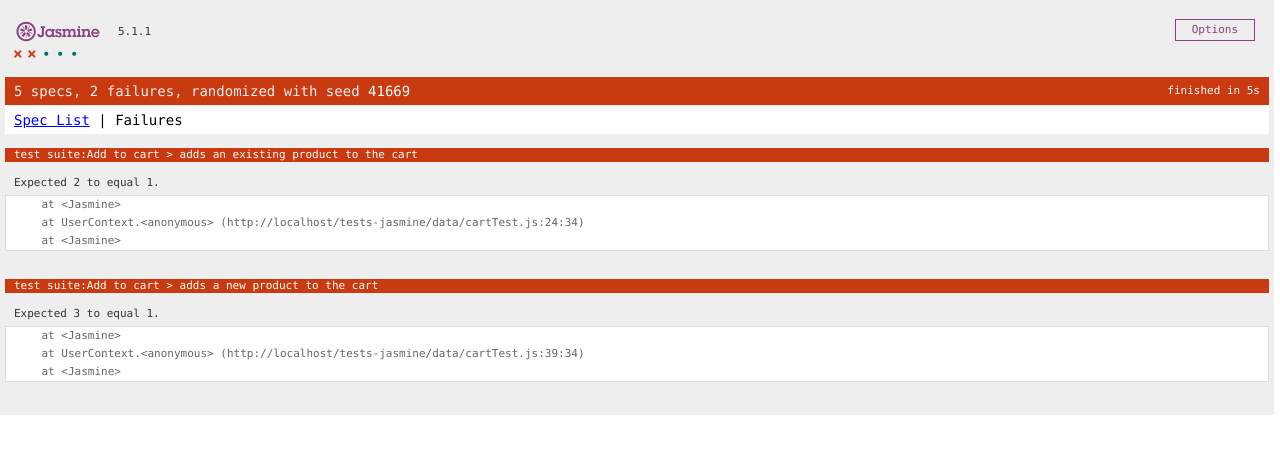
Repository: Srikeerthi05/Amazon-project
Page: tests-jasmine/tests.html
These files come from the project's save history. The page is drawn as it stood at one moment and after a run of saves; the edit follows.
The browser window is 1280 px wide. The pictures show the whole page.

Above is the page before, as saved 2025-05-25 13:49:01.

After the next 3 saves:
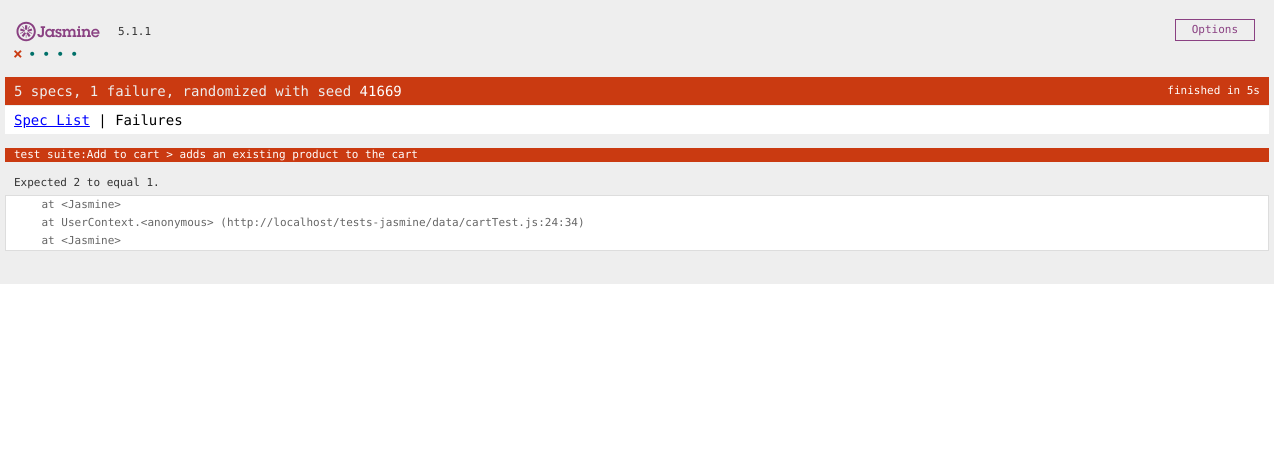
The 3 saves are shown as one change because they came seconds apart.
The last was saved 8 s later.
--- a/tests-jasmine/data/cartTest.js
+++ b/tests-jasmine/data/cartTest.js
@@ -28,7 +28,8 @@
         spyOn(localStorage,'setItem');
         spyOn(localStorage,'getItem').and.callFake(()=>{
             return JSON.stringify([]);
-        })
+        });
+        loadFromStorage();
 
 
 
